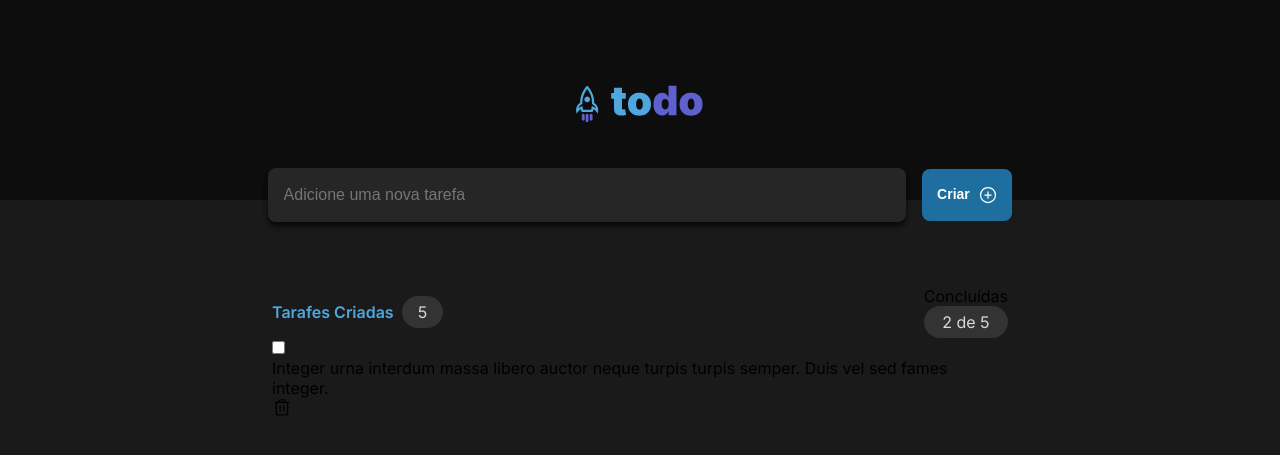
Repository: guilhermecardoso93/todolistreact
Page: /
An editor plug-in stored every save of this project. The page is shown before and after the next save, followed by the edit.
The browser window is 1280 px wide. The pictures show the whole page.
The project was rebuilt for these pictures with package versions that can differ from the ones it lists, and the page was loaded fresh each time. Also part of the build but not shown: vite.config.ts.

Above is the page before, as saved 2022-07-02 19:15:05.

### index.html
<!DOCTYPE html>
<html lang="en">
  <head>
    <meta charset="UTF-8" />
    <link rel="icon" type="image/svg+xml" href="/src/favicon.svg" />
    <link rel="preconnect" href="https://fonts.googleapis.com" />
    <link rel="preconnect" href="https://fonts.gstatic.com" crossorigin />
    <meta name="viewport" content="width=device-width, initial-scale=1.0" />
    <link
      href="https://fonts.googleapis.com/css2?family=Inter:wght@400;500;600&display=swap"
      rel="stylesheet"
    />
    <title>to do list</title>
  </head>
  <body>
    <div id="root"></div>
    <script type="module" src="/src/main.tsx"></script>
  </body>
</html>

### src/App.tsx
import "./global.css";
import { Header } from "./Header";
import { Tasks } from "./Tasks";

function App() {
  return (
    <>
      <Header />
      <div>
        <Tasks/>
      </div>
    </>
  );
}

export default App;

### src/global.css
:root {
  --white: #fff;

  --gray-100: #f2f2f2;
  --gray-100: #d9d9d9;
  --gray-300: #808080;
  --gray-400: #333333;
  --gray-500: #262626;
  --gray-600: #1a1a1a;
  --gray-700: #0d0d0d;

  --danger: #e25858;

  --purple: #828afa;
  --purple-dark: #5e60ce;

  --blue: #4ea8de;
  --blue-dark: #1e6f9f;
}

* {
  margin: 0;
  padding: 0;
  box-sizing: border-box;
}

body {
  -webkit-font-smoothing: antialiased;
  font-family: 'Inter', sans-serif;
  background: var(--gray-600);
}

### src/Header.tsx
import  Logo  from "./assets/logo.svg";

import styles from "./Header.module.css";

export function Header() {
  return (
    <header className={styles.header}>
      <img src={Logo} alt='logo' className={styles.logo}/>
    </header>
  );
}

### src/Tasks.tsx
import { Trash } from "phosphor-react";
import { TaskBar } from "./TasksBar";
import { TaskList } from "./TasksList";

import styles from "./Tasks.module.css";

export function Tasks() {
  return (
    <div className={styles.content}>
      <TaskBar />
      <div>
        <TaskList />
      </div>
    </div>
  );
}

### src/Header.module.css
.header {
  height: 12.5rem;
  background: var(--gray-700);
  display: flex;
  justify-content: center;
  align-items: center;
}

.logo {
  height: 4rem;
  width: 8rem;
}

### src/TasksBar.tsx
import { PlusCircle } from "phosphor-react";

import styles from "./TasksBar.module.css";

export function TaskBar() {
  return (
    <div className={styles.container}>
      <input type="text" placeholder="Adicione uma nova tarefa" />
      <button>
        {" "}
        Criar <PlusCircle size={20} />{" "}
      </button>
    </div>
  );
}

### src/TasksList.tsx
import { Trash } from "phosphor-react";

import styles from "./TasksList.module.css";

export function TaskList() {
  return (
    <div>
      <div className={styles.titles}>
        <div className={styles.titlesMake}>
          <p className={styles.titlesMakeTitle}>Tarafes Criadas</p>
          <p className={styles.titlesMakeTitleNumber}> 5 </p>
        </div>
        <div className={styles.titlesDone}>
          <p className={styles.titlesDoneTitle}>Concluídas</p>
          <p className={styles.titlesDoneTitleNumber}> 2 de 5 </p>
        </div>
      </div>

      <div>
        <div>
          <div>
            <input type="checkbox" />
          </div>
          <div>
            {" "}
            <p>
              Integer urna interdum massa libero auctor neque turpis turpis
              semper. Duis vel sed fames integer.{" "}
            </p>
          </div>
          <div>
            {" "}
            <Trash size={20} />{" "}
          </div>
        </div>
      </div>
    </div>
  );
}

### src/Tasks.module.css
.content {
  display: flex;
  flex-direction: column;
  align-items: center;
  justify-content: space-between;
  margin: auto;

  width: 736px;
  gap: 4rem;
}

### src/TasksBar.module.css
.container {
  display: flex;
  align-items: center;
  justify-content: center;
  margin-top: -2rem;
  gap: 1rem;
}

.container input {
  background-color: var(--gray-500);
  color: var(--gray-300);
  width: 39.93rem;
  padding: 1rem;

  font-style: normal;
  font-weight: 400;
  font-size: 1rem;
  line-height: 140%;

  border: 1px solid var(--grey-700);
  box-shadow: 0px 4px 4px rgba(0, 0, 0, 0.25), 0px 4px 4px rgba(0, 0, 0, 0.25),
    0px 4px 4px rgba(0, 0, 0, 0.25);
  border-radius: 8px;
}

.container button {
  background: var(--blue-dark);
  color: var(--white);
  gap: 0.5rem;
  display: flex;
  align-items: center;
  justify-content: center;
  border-radius: 8px;
  height: 3.25rem;
  width: 5.62rem;
  border: none;

  font-style: normal;
  font-weight: 700;
  font-size: 14px;
  line-height: 140%;
  cursor: pointer;

  transition: 0.2s;
}

.container button:hover {
  background: var(--blue);
}

### src/TasksList.module.css
.titles {
  display: flex;
  align-itens: center;
  justify-content: space-between;
}

.titlesMake {
  display: flex;
  flex-direction: row;
  justify-content: center;
  align-items: center;
  gap: 0.5rem;
}
.titlesMakeTitle {
  color: var(--blue);
  font-weight: bold;
}

.titlesMakeTitleNumber,
.titlesDoneTitleNumber {
  display: flex;
  flex-direction: column;
  justify-content: center;
  align-items: center;
  width: auto;
  padding:1rem;
  height: 19px;
  background: #333333;
  border-radius: 999px;
  color: var(--gray-100);
}

Loaded but not shown: src/main.tsx (common file)

After the next save:
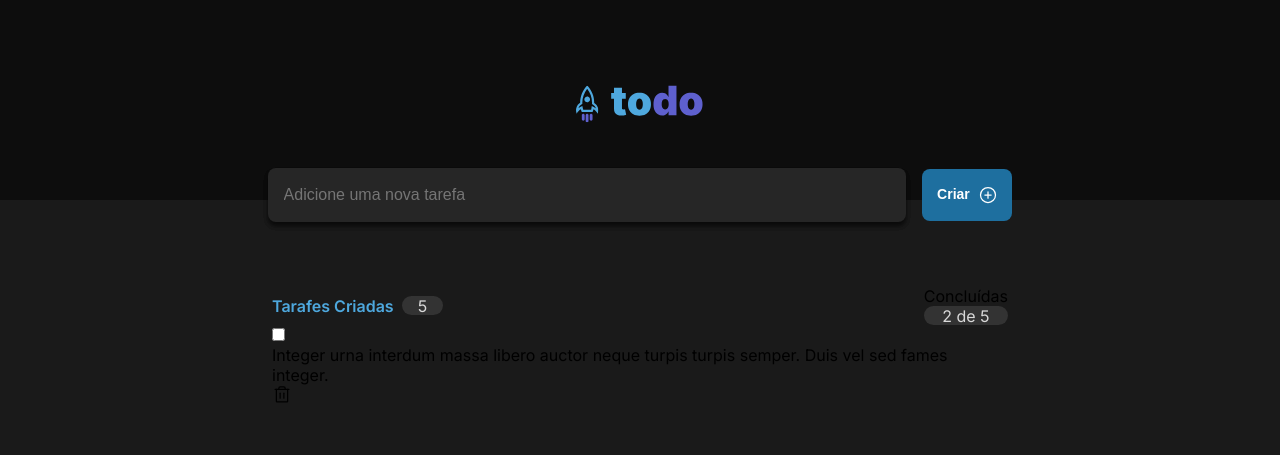
Saved 6 s later.
--- a/src/TasksList.module.css
+++ b/src/TasksList.module.css
@@ -23,7 +23,7 @@
   justify-content: center;
   align-items: center;
   width: auto;
-  padding:1rem;
+  padding:0 1rem;
   height: 19px;
   background: #333333;
   border-radius: 999px;
